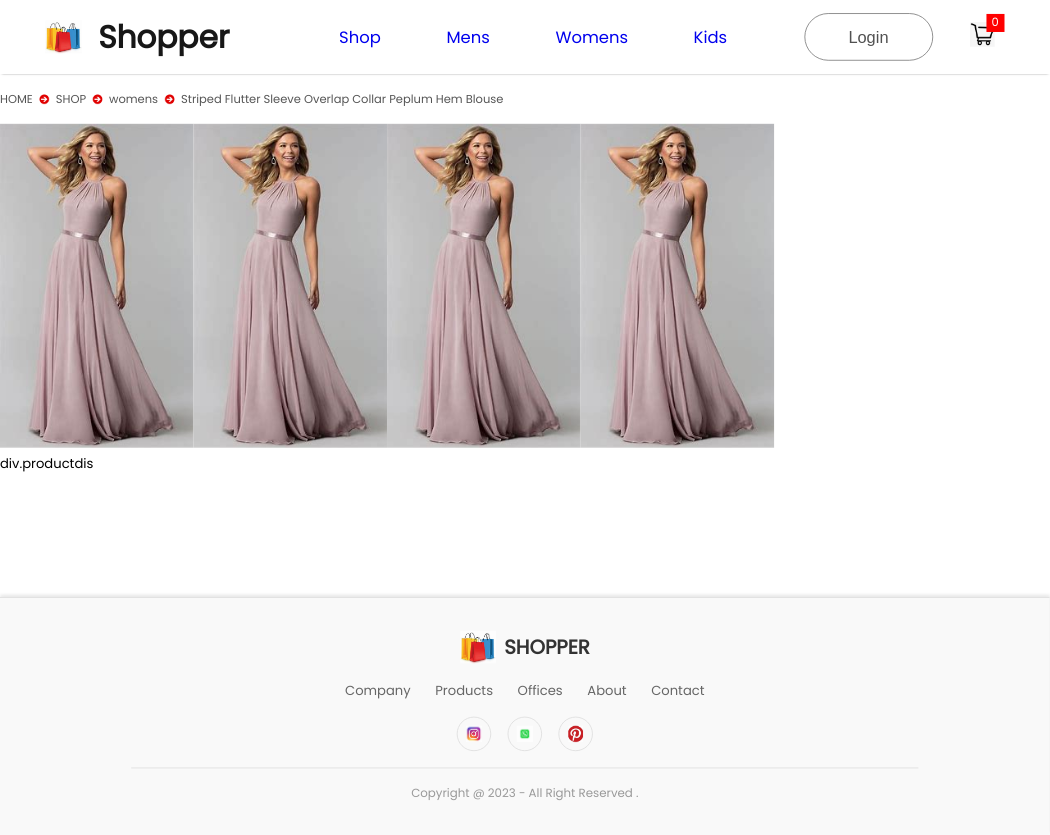
Repository: sshaiv/Shoppie_EcommerceAPP
Page: /product/1
An editor plug-in stored every save of this project. The page is shown before and after a run of saves, followed by the edit.
The browser window is 1280 px wide. The pictures show the whole page, at 82% of full size.
The project was rebuilt for these pictures with package versions that can differ from the ones it lists, and the page was loaded fresh each time. Also part of the build but not shown: src/App.css, src/Components/Pages/CSS/ShopCategory.css, src/Components/Item/Item.css, src/Components/Item/Item.jsx, src/Components/Pages/ShopCategory.jsx, src/Components/ProductDisplay/ProductDisplay.css, src/Components/Pages/Cart.jsx, src/Components/Pages/CSS/LoginSignup.css and 14 more.

Above is the page before, as saved 2024-07-16 21:38:31.

### public/index.html
<!DOCTYPE html>
<html lang="en">
  <head>
    <meta charset="utf-8" />
    <link rel="icon" href="%PUBLIC_URL%/favicon.ico" />
    <meta name="viewport" content="width=device-width, initial-scale=1" />
    <meta name="theme-color" content="#000000" />
    <meta
      name="description"
      content="Web site created using create-react-app"
    />
    <link rel="apple-touch-icon" href="%PUBLIC_URL%/logo192.png" />
    <!--
      manifest.json provides metadata used when your web app is installed on a
      user's mobile device or desktop. See https://developers.google.com/web/fundamentals/web-app-manifest/
    -->
    <link rel="manifest" href="%PUBLIC_URL%/manifest.json" />
    <!--
      Notice the use of %PUBLIC_URL% in the tags above.
      It will be replaced with the URL of the `public` folder during the build.
      Only files inside the `public` folder can be referenced from the HTML.

      Unlike "/favicon.ico" or "favicon.ico", "%PUBLIC_URL%/favicon.ico" will
      work correctly both with client-side routing and a non-root public URL.
      Learn how to configure a non-root public URL by running `npm run build`.
    -->
    <link rel="preconnect" href="https://fonts.googleapis.com">
    <link rel="preconnect" href="https://fonts.gstatic.com" crossorigin>
    <link href="https://fonts.googleapis.com/css2?family=Poppins&display=swap" rel="stylesheet">
    <title>E-Commerce</title>
  </head>
  <body>
    <noscript>You need to enable JavaScript to run this app.</noscript>
    <div id="root"></div>
    <!--
      This HTML file is a template.
      If you open it directly in the browser, you will see an empty page.

      You can add webfonts, meta tags, or analytics to this file.
      The build step will place the bundled scripts into the <body> tag.

      To begin the development, run `npm start` or `yarn start`.
      To create a production bundle, use `npm run build` or `yarn build`.
    -->
  </body>
</html>

### src/index.js
import React from 'react';
import ReactDOM from 'react-dom/client';
import './index.css';
import App from './App';
import ShopContextProvider from './Components/Context/ShopContext';

const root = ReactDOM.createRoot(document.getElementById('root'));
root.render(
  <ShopContextProvider>
    <App/>
  </ShopContextProvider>
);

// If you want to start measuring performance in your app, pass a function
// to log results (for example: reportWebVitals(console.log))
// or send to an analytics endpoint. Learn more: https://bit.ly/CRA-vitals

### src/index.css
*{
  margin: 0;
}

body {
  margin: 0;
  font-family: -apple-system, BlinkMacSystemFont, 'Segoe UI', 'Roboto', 'Oxygen',
    'Ubuntu', 'Cantarell', 'Fira Sans', 'Droid Sans', 'Helvetica Neue',
    sans-serif;
  -webkit-font-smoothing: antialiased;
  -moz-osx-font-smoothing: grayscale;

 font-family:'Poppins';

}

code {
  font-family: source-code-pro, Menlo, Monaco, Consolas, 'Courier New',
    monospace;
}

### src/App.js
import React from 'react';
import './App.css';
import Navbar from './Components/Navbar/Navbar';
import { BrowserRouter, Routes, Route } from 'react-router-dom';
import ShopCategory from './Components/Pages/ShopCategory';
import Product from './Components/Pages/Product';
import Cart from './Components/Pages/Cart';
import LoginSignup from './Components/Pages/LoginSignup';
import Shop from './Components/Pages/Shop';
import Footer from './Components/Footer/Footer';
import men_banner from './Components/Assets/banner_mens.png';
import women_banner from './Components/Assets/banner_women.png';
import kid_banner from './Components/Assets/banner_kids.png';

const App = () => {
  return (
    <div>
      <BrowserRouter>
        <Navbar />
        <Routes>
          <Route path='/' element={<Shop />} />
          <Route path='/mens' element={<ShopCategory banner={men_banner} category='mens' />} />
          <Route path='/womens' element={<ShopCategory banner={women_banner} category='womens' />} />
          <Route path='/kids' element={<ShopCategory banner={kid_banner} category='kids' />} />
          <Route path='/product' element={<Product />} />
          <Route path='/product/:productID' element={<Product />} />
          <Route path='/cart' element={<Cart />} />
          <Route path='/login' element={<LoginSignup />} />
        </Routes>
        <Footer />
      </BrowserRouter>
    </div>
  );
}

export default App;

### src/Components/Context/ShopContext.jsx
import React, { createContext } from 'react';
import all_product from '../Assets/all_products';

export const ShopContext = createContext(null);

const ShopContextProvider = (props) => {
  const contextValue = { all_product };

  return (
    <ShopContext.Provider value={contextValue}>
      {props.children}
    </ShopContext.Provider>
  );
}

export default ShopContextProvider;

### src/Components/Navbar/Navbar.jsx
import React, { useState } from 'react'
import './Navbar.css'
import logo from '../Assets/logo.png'
import cart_icon from '../Assets/cart_icon.png'
import { Link } from 'react-router-dom'

const Navbar = () => {
const [menu,setMenu]=useState("shop");

  return (
    <div>
      <div className='navbar'>
        <div className='nav-logo'>
          <img src={logo} alt="Logo" />
          <p>Shopper</p>
        </div>
        <ul className='nav-menu'>
            <li onClick={()=>{setMenu("shop")}}><Link style={{textDecoration:'none'}} to='/'>Shop </Link>{menu==="shop"? <hr/> :<></>}   </li>
            <li onClick={()=>{setMenu("mens")}}><Link style={{textDecoration:'none'}}  to='/mens'>Mens</Link> {menu==="shop"? <hr/> :<></>} </li>
            <li onClick={()=>{setMenu("womens")}}><Link style={{textDecoration:'none'}}  to='/womens'>Womens </Link> {menu==="shop"? <hr/> :<></>} </li>
            <li onClick={()=>{setMenu("kids")}}><Link style={{textDecoration:'none'}}  to='/kids'>Kids</Link> {menu==="shop"? <hr/> :<></>} </li>
        </ul>

        <div className="nav-login-cart">
          <Link to='/login'>  <button>Login</button></Link>
       <Link to='/cart'>   <img src={cart_icon} alt="" /></Link>
      <div className="nav-cart-count">0</div>
        </div>
      </div>
    </div>
  )
}

export default Navbar

### src/Components/Pages/Product.jsx
import React,{useContext} from 'react'
import { ShopContext } from '../Context/ShopContext'
import { useParams } from 'react-router-dom'
import Breadcrums from '../Breadcrums/Breadcrums';
import ProductDisplay from '../ProductDisplay/ProductDisplay';

const Product = () => {
  const {all_product}=useContext(ShopContext);
  const {productID}=useParams();
  const product =all_product.find((e)=>e.id===Number(productID));
  return (
    <div>
      <Breadcrums product={product}/>
      <ProductDisplay product={product}/>
    </div>
  )
}

export default Product

### src/Components/Footer/Footer.jsx
import React from 'react'
import './Footer.css'
import footer_logo from '../Assets/footer_logo.png'
import insta_logo from '../Assets/insta_logo.png'
import whatsapp_logo from '../Assets/whatsapp_logo.png'
import pinterest_logo from '../Assets/pinterest_logo.png'



const Footer = () => {
  return (
    <div className='footer'>
      <div className="footer-logo">
        <img src={footer_logo} alt="" />
        <p>SHOPPER</p>

      </div>
      <ul className="footer-links">
        <li>Company</li>
        <li>Products</li>
        <li>Offices</li>
        <li>About</li>
        <li>Contact</li>
      </ul>
      <div className="footer-social-icon">
        <div className="footer-icons-container">
            <img src={insta_logo} alt="" />
        </div>
        <div className="footer-icons-container">
            <img src={whatsapp_logo} alt="" />
        </div>
        <div className="footer-icons-container">
            <img src={pinterest_logo} alt="" />
        </div>
      </div>
      <div className="footer-copyright">
        <hr />
        <p>Copyright @ 2023 - All Right Reserved .</p>
      </div>
    </div>
  )
}

export default Footer

### src/Components/Assets/all_products.js
import p1_img from './product1.png';
import p2_img from './product2.png';
import p3_img from './product3.png';
import p4_img from './product4.png';
// Repeat or add new images as necessary

let all_product = [
    {
        id: 1,
        name: "Striped Flutter Sleeve Overlap Collar Peplum Hem Blouse",
        image: p1_img,
        new_price: 50.00,
        old_price: 80.50,
        category: "womens"
    },
    {
        id: 2,
        name: "Denim High Waist Skinny Jeans",
        image: p2_img,
        new_price: 65.00,
        old_price: 95.00,
        category: "womens"
    },
    {
        id: 3,
        name: "Linen Blend V-Neck Midi Dress",
        image: p3_img,
        new_price: 70.00,
        old_price: 110.00,
        category: "womens"
    },
    {
        id: 4,
        name: "Leather Crossbody Bag with Tassel Detail",
        image: p4_img,
        new_price: 45.00,
        old_price: 75.00,
        category: "womens"
    },
    {
        id: 5,
        name: "Classic White Cotton Shirt",
        image: p1_img,
        new_price: 40.00,
        old_price: 60.00,
        category: "mens"
    },
    {
        id: 6,
        name: "Slim Fit Chinos",
        image: p2_img,
        new_price: 55.00,
        old_price: 85.00,
        category: "mens"
    },
    {
        id: 7,
        name: "Floral Print A-Line Dress",
        image: p3_img,
        new_price: 75.00,
        old_price: 100.00,
        category: "womens"
    },
    {
        id: 8,
        name: "Faux Leather Biker Jacket",
        image: p4_img,
        new_price: 90.00,
        old_price: 120.00,
        category: "womens"
    },
    // Continue adding products with the appropriate category
    {
        id: 9,
        name: "Knitted Sweater",
        image: p1_img,
        new_price: 60.00,
        old_price: 90.00,
        category: "mens"
    },
    {
        id: 10,
        name: "Stretch Skinny Jeans",
        image: p2_img,
        new_price: 50.00,
        old_price: 80.00,
        category: "mens"
    },
    {
        id: 11,
        name: "Polka Dot Wrap Dress",
        image: p3_img,
        new_price: 85.00,
        old_price: 115.00,
        category: "womens"
    },
    {
        id: 12,
        name: "Wool Blend Coat",
        image: p4_img,
        new_price: 150.00,
        old_price: 200.00,
        category: "womens"
    },
    {
        id: 13,
        name: "Lace Trim Cami Top",
        image: p1_img,
        new_price: 35.00,
        old_price: 55.00,
        category: "womens"
    },
    {
        id: 14,
        name: "High Rise Shorts",
        image: p2_img,
        new_price: 45.00,
        old_price: 70.00,
        category: "mens"
    },
    {
        id: 15,
        name: "Puff Sleeve Midi Dress",
        image: p3_img,
        new_price: 65.00,
        old_price: 95.00,
        category: "womens"
    },
    {
        id: 16,
        name: "Quilted Crossbody Bag",
        image: p4_img,
        new_price: 55.00,
        old_price: 85.00,
        category: "womens"
    },
    {
        id: 17,
        name: "Oversized Denim Jacket",
        image: p1_img,
        new_price: 100.00,
        old_price: 130.00,
        category: "mens"
    },
    {
        id: 18,
        name: "Cargo Pants",
        image: p2_img,
        new_price: 60.00,
        old_price: 90.00,
        category: "mens"
    },
    {
        id: 19,
        name: "Embroidered Maxi Dress",
        image: p3_img,
        new_price: 110.00,
        old_price: 150.00,
        category: "womens"
    },
    {
        id: 20,
        name: "Suede Ankle Boots",
        image: p4_img,
        new_price: 95.00,
        old_price: 125.00,
        category: "womens"
    },
    {
        id: 21,
        name: "Ribbed Turtleneck Sweater",
        image: p1_img,
        new_price: 45.00,
        old_price: 70.00,
        category: "mens"
    },
    {
        id: 22,
        name: "Pleated Midi Skirt",
        image: p2_img,
        new_price: 55.00,
        old_price: 85.00,
        category: "womens"
    },
    {
        id: 23,
        name: "Off-Shoulder Evening Gown",
        image: p3_img,
        new_price: 150.00,
        old_price: 200.00,
        category: "womens"
    },
]

export default all_product;

### src/Components/Navbar/Navbar.css
.navbar{
    display: flex;
    justify-content: space-around;
    padding: 16px;
    box-shadow:0 1px 3px -2px black ;

}
.nav-logo{
    display:flex;
    align-items: center;
    gap: 10px;
}

.nav-logo p{
    color: #171717;
    font-size: 38px;
    font-weight: 600;
}
.nav-menu{
    display:flex;
    align-items:center;
    list-style: none;
    gap: 50px;
    color:#626262;
    font-size: 20px;
    font-weight: 500;

}


  .nav-logo img {
    height: 40px;
    margin-right: 10px;
  }



  .nav-menu li {
    margin: 0 15px;
    position: relative;
    cursor: pointer;
  }

  .nav-menu li:hover hr {
    display: block;
  }

  .nav-menu hr {
    display: none;
    width: 80%;
    height: 3px;
    border-radius: 10px;
    background-color:red;

  }

  .nav-login-cart {
    display: flex;
    align-items: center;
    gap: 45px;
  }

  .nav-login-cart button {
    width: 157px;
    height: 58px;
    outline: none;
    border: 1px solid #7a7a7a;
    border-radius: 75px;
    color:#515151;
    font-size: 20px;
    font-weight: 500;
    background: white;
    cursor: pointer;
  }

  .nav-login-cart button:active{
    background:#f3f3f3;
  }
  .nav-login-cart img {
    height: 30px;
    cursor: pointer;
  }
  .nav-cart-count{
    width: 22px;
    height: 22px;
    display: flex;
    justify-content: center;
    align-items:center;
    margin-top: -35px;
    margin-left: -55px;
    border: radius 11px;
    font-size: 14px;
    background-color:red;
    color:white;
  }

  @media (max-width: 768px) {
    .navbar {
      flex-direction: column;
      align-items: center;
    }

    .nav-logo p {
      font-size: 20px;
    }

    .nav-menu {
      flex-direction: column;
      align-items: center;
      gap: 10px;
    }

    .nav-menu li {
      margin: 10px 0;
    }

    .nav-login-cart {
      flex-direction: column;
      align-items: center;
      gap: 10px;
    }
  }

### src/Components/Breadcrums/Breadcrums.jsx
import React from 'react';
import './Breadcrum.css';
import arrow_icon from '../Assets/arrow_icon.png';

const Breadcrums = (props) => {
  const { product } = props;
  return (
    <div className='breadcrums'>
      HOME <img src={arrow_icon} alt="arrow" /> SHOP <img src={arrow_icon} alt="arrow" /> {product.category} <img src={arrow_icon} alt="arrow" /> {product.name}
    </div>
  );
}

export default Breadcrums;

### src/Components/ProductDisplay/ProductDisplay.jsx
import React from 'react'
import './ProductDisplay.css'

const ProductDisplay = (props) => {
    const {product}=props;
  return (
    <div className='productdisplay'>
      <div className="productdisplay-left">
        <div className="productdisplay-img-list">
            <img src={product.image} alt="" />
            <img src={product.image} alt="" />
            <img src={product.image} alt="" />
            <img src={product.image} alt="" />
        </div>
        div.productdis
      </div>
      <div className="productdisplay-right">

      </div>
    </div>
  )
}

export default ProductDisplay

### src/Components/Footer/Footer.css
.footer {
    background-color: #f9f9f9;
    padding: 40px;
    text-align: center;
    border-top: 1px solid #ddd;
    box-shadow: 0 -2px 4px rgba(0, 0, 0, 0.1);
    position: relative;
    top: 150px;
  }

  .footer-logo {
    display: flex;
    justify-content: center;
    align-items: center;
    gap: 10px;
    margin-bottom: 20px;
  }

  .footer-logo img {
    height: 40px;
  }

  .footer-logo p {
    font-size: 1.5rem;
    font-weight: bold;
    color: #333;
  }

  .footer-links {
    list-style: none;
    padding: 0;
    display: flex;
    justify-content: center;
    gap: 30px;
    margin-bottom: 20px;
  }

  .footer-links li {
    font-size: 1rem;
    color: #666;
    cursor: pointer;
    transition: color 0.3s ease;
  }

  .footer-links li:hover {
    color: #ff4141;
  }

  .footer-social-icon {
    display: flex;
    justify-content: center;
    gap: 20px;
    margin-bottom: 20px;
  }

  .footer-icons-container {
    width: 40px;
    height: 40px;
    display: flex;
    justify-content: center;
    align-items: center;
    border: 1px solid #ddd;
    border-radius: 50%;
    transition: border-color 0.3s ease;
  }

  .footer-icons-container img {
    height: 20px;
  }

  .footer-icons-container:hover {
    border-color: #ff4141;
  }

  .footer-copyright {
    margin-top: 20px;
    font-size: 0.9rem;
    color: #999;
  }

  .footer hr {
    width: 80%;
    margin: 20px auto;
    border: none;
    border-top: 1px solid #ddd;
  }

### src/Components/Breadcrums/Breadcrum.css
/* CSS/Breadcrum.css */

.breadcrums {
    display: flex;
    align-items: center;
    font-size: 14px;
    color: #555;
    margin: 20px 0;
  }

  .breadcrums img {
    width: 12px;
    height: 12px;
    margin: 0 8px;
  }

  .breadcrums span {
    margin: 0 8px;
    color: #999;
  }

  .breadcrums a {
    text-decoration: none;
    color: inherit;
    transition: color 0.2s;
  }

  .breadcrums a:hover {
    color: #007bff;
  }

After the next 10 saves:
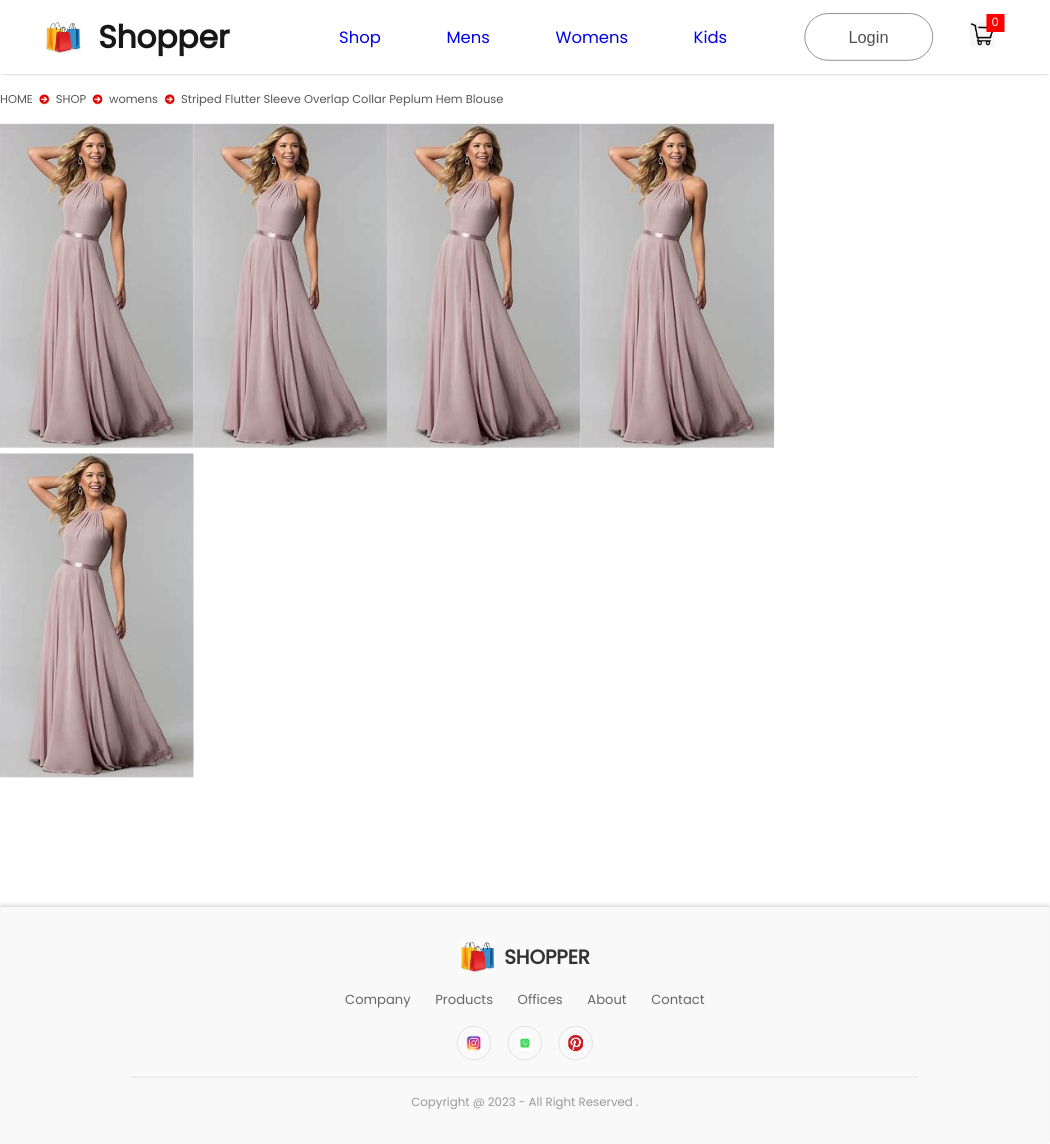
The 10 saves are shown as one change because 1 did not build or start and some came seconds apart.
The last was saved 43 s later.
--- a/src/Components/ProductDisplay/ProductDisplay.jsx
+++ b/src/Components/ProductDisplay/ProductDisplay.jsx
@@ -12,7 +12,9 @@ const ProductDisplay = (props) => {
             <img src={product.image} alt="" />
             <img src={product.image} alt="" />
         </div>
-        div.productdis
+        <div className="productdisplay-img">
+            <img className='' src={product.image} alt="" />
+        </div>
       </div>
       <div className="productdisplay-right">
 
